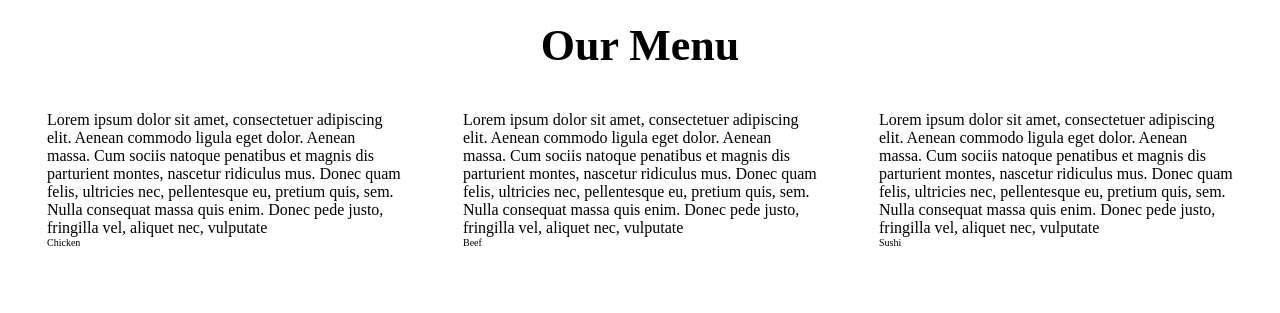
Repository: Normandy72/module2-solution
Page: index.html
An editor plug-in stored every save of this project. The page is shown before and after the next save, followed by the edit.
The browser window is 1280 px wide. The pictures show the whole page.
Some web fonts or font styles are not loaded; a fallback is used.

Above is the page before, as saved 2022-12-05 15:03:59.

### index.html
<!DOCTYPE html>
<html lang="en">
<head>
    <meta charset="UTF-8">
    <meta http-equiv="X-UA-Compatible" content="IE=edge">
    <meta name="viewport" content="width=device-width, initial-scale=1.0">
    <title>Our menu</title>
    <link href="https://fonts.googleapis.com/css2?family=Comic+Neue:ital,wght@0,300;0,400;0,700;1,300;1,400;1,700&family=Roboto:ital,wght@0,100;0,300;0,400;0,500;0,700;0,900;1,100;1,300;1,400;1,500;1,700;1,900&display=swap" rel="stylesheet">
    <link rel="stylesheet" href="styles/style.css">
</head>
<body>
    <h1>Our Menu</h1>
    <div class="wrapper">
        <div class="card">
            <p class="card__text">Lorem ipsum dolor sit amet, consectetuer adipiscing elit. Aenean commodo ligula eget dolor. Aenean massa. Cum sociis natoque penatibus et magnis dis parturient montes, nascetur ridiculus mus. Donec quam felis, ultricies nec, pellentesque eu, pretium quis, sem. Nulla consequat massa quis enim. Donec pede justo, fringilla vel, aliquet nec, vulputate</p>
            <div class="card__name">Chicken</div>
        </div>
        <div class="card">
            <p class="card__text">Lorem ipsum dolor sit amet, consectetuer adipiscing elit. Aenean commodo ligula eget dolor. Aenean massa. Cum sociis natoque penatibus et magnis dis parturient montes, nascetur ridiculus mus. Donec quam felis, ultricies nec, pellentesque eu, pretium quis, sem. Nulla consequat massa quis enim. Donec pede justo, fringilla vel, aliquet nec, vulputate</p>
            <div class="card__name">Beef</div>
        </div>
        <div class="card">
            <p class="card__text">Lorem ipsum dolor sit amet, consectetuer adipiscing elit. Aenean commodo ligula eget dolor. Aenean massa. Cum sociis natoque penatibus et magnis dis parturient montes, nascetur ridiculus mus. Donec quam felis, ultricies nec, pellentesque eu, pretium quis, sem. Nulla consequat massa quis enim. Donec pede justo, fringilla vel, aliquet nec, vulputate</p>
            <div class="card__name">Sushi</div>
        </div>
    </div>
</body>
</html>

### styles/style.css
*{
    font-family: 'Comic Neue', cursive;
    font-size: 10px;

    margin: 0;
    padding: 0;
    box-sizing: border-box;
}

h1{
    font-size: 4.4rem;
    text-align: center;

    padding-top: 20px;
    padding-bottom: 30px;
}

.wrapper{
    display: flex;
    justify-content: space-evenly;
}

.card{
    width: 30%;
    padding: 0 15px 30px;
    position: relative;
}

.card__text{
    font-size: 1.6rem;
    padding-top: 10px;
}

After the next save:
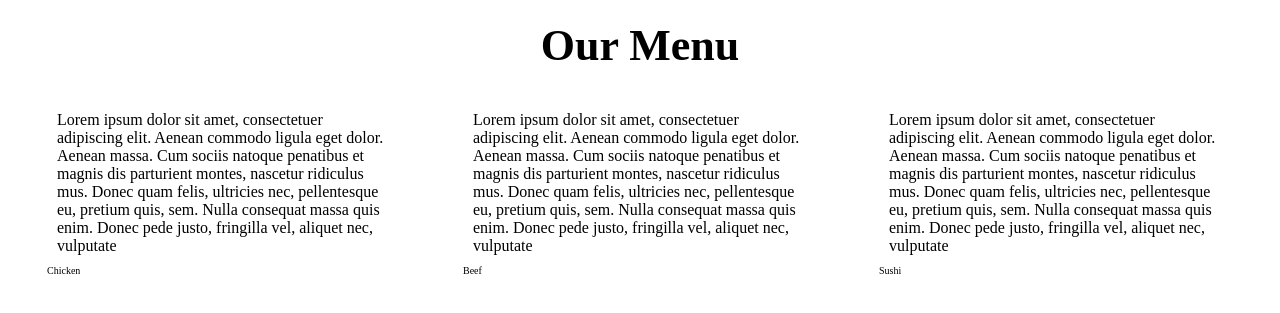
Saved 5 s later.
--- a/styles/style.css
+++ b/styles/style.css
@@ -28,5 +28,5 @@ h1{
 
 .card__text{
     font-size: 1.6rem;
-    padding-top: 10px;
+    padding: 10px;
 }
